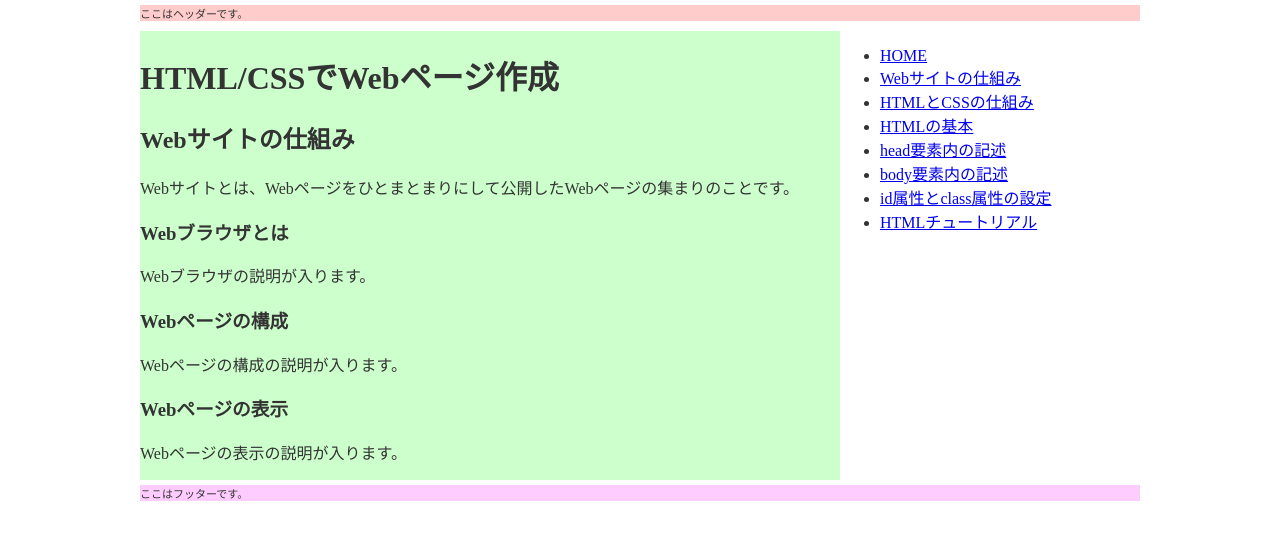
Repository: sugihiro1/test_laravel
Page: kadai_css/kadai_css.html
The author's editor kept a record of every edit. The page is drawn from the files as they stood at one moment, then again after the next edit.
The browser window is 1280 px wide. The pictures show the whole page.

Above is the page before.

After the next edit:
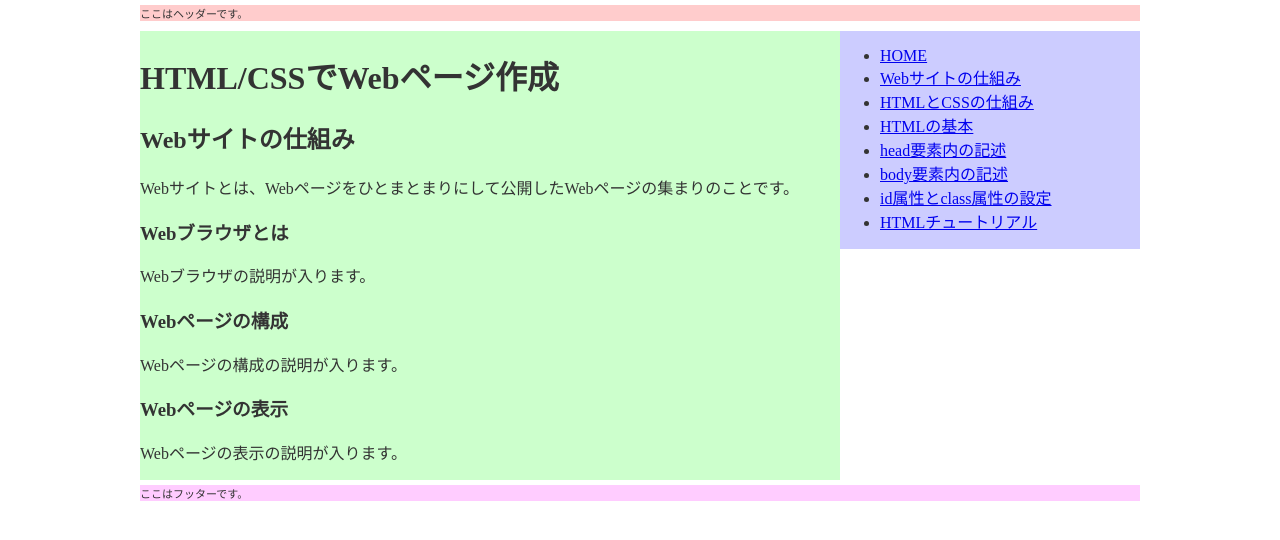
The edit:
--- a/kadai_css/kadai_css.css
+++ b/kadai_css/kadai_css.css
@@ -31,6 +31,7 @@
 #menu {
     width: 300px;
     float: right;  /* 右寄せ */
+    background-color: #ccccff;
 }
 
 #main {
